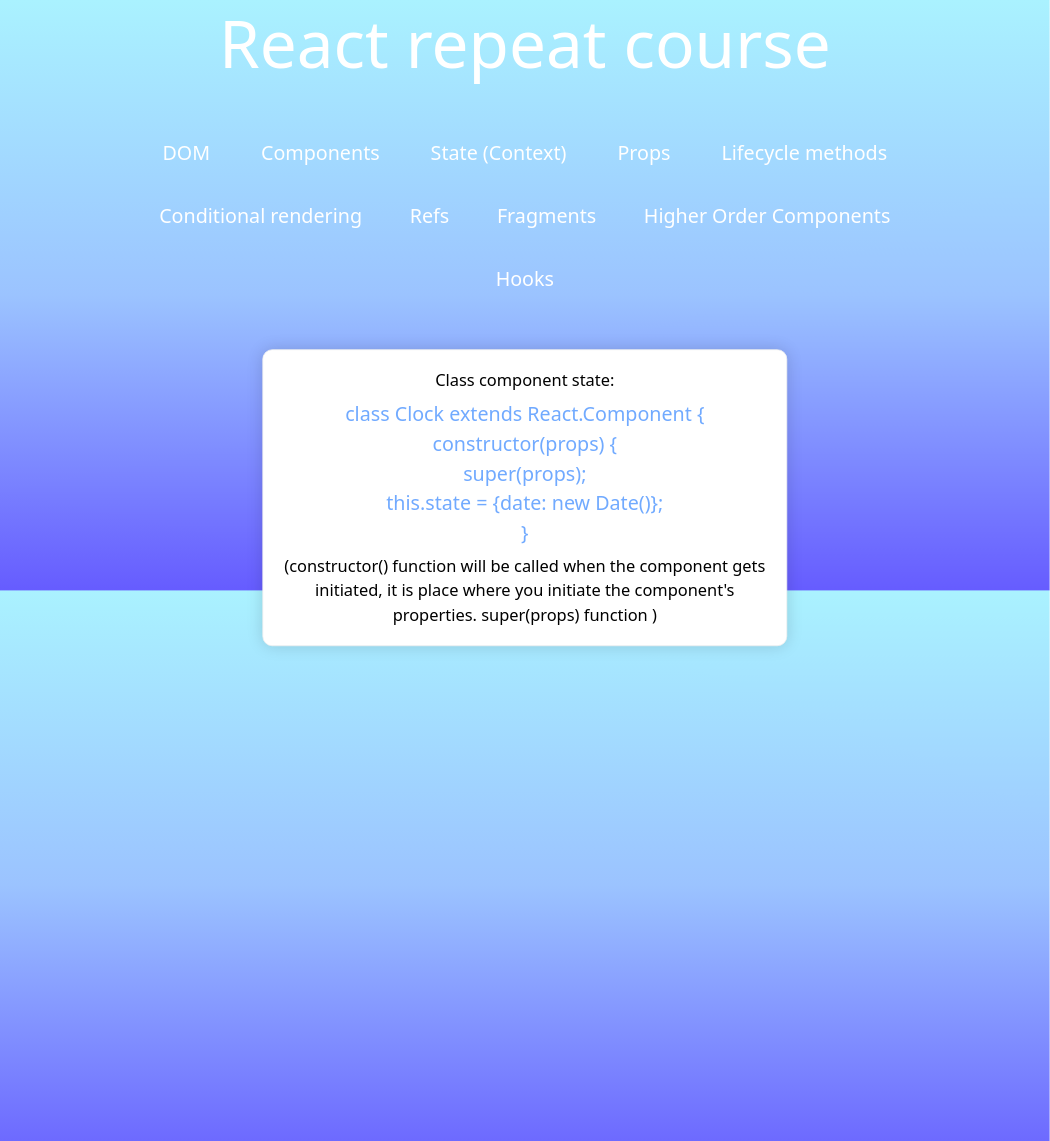
Repository: michalgornicki/github
Page: /#/State
An editor plug-in stored every save of this project. The page is shown before and after a run of saves, followed by the edit.
The browser window is 1280 px wide. The pictures show the whole page, at 82% of full size.
Backgrounds fixed to the window are drawn as part of the page. The project was rebuilt for these pictures with package versions that can differ from the ones it lists, and the page was loaded fresh each time. Also part of the build but not shown: src/components/dom.jsx, src/components/components.jsx, src/components/props.jsx, src/components/lifecycle.jsx, src/components/conditional.jsx, src/components/refs.jsx, src/components/fragments.jsx, src/components/hoc.jsx and 1 more.

Above is the page before, as saved 2022-02-07 12:46:32.

### src/App.jsx
import React from "react";
import "./App.css";
import "bootstrap/dist/css/bootstrap.min.css";
import { Route, HashRouter as Router, Routes, Link } from "react-router-dom";
import DOM from "./components/dom.jsx";
import Components from "./components/components.jsx";
import State from "./components/state.jsx";
import Props from "./components/props.jsx";
import Lifecycle from "./components/lifecycle.jsx";
import Conditional from "./components/conditional.jsx";
import Refs from "./components/refs.jsx";
import Fragments from "./components/fragments.jsx";
import HOC from "./components/hoc.jsx";
import Hooks from "./components/hooks.jsx";

const App = () => {
  return (
    <Router>
      <div className="text-center">
        <div className="display-1 mt-1 mb-5 text-white">React repeat course</div>

        <div className="h4 d-flex w-75 m-auto my-5 justify-content-evenly flex-wrap text-white">
          <Link className="link-style m-3" to="/">
            DOM
          </Link>
          <Link className="link-style m-3" to="/Components">
            Components
          </Link>
          <Link className="link-style m-3" to="/State">
            State (Context)
          </Link>
          <Link className="link-style m-3" to="/Props">
            Props
          </Link>
          <Link className="link-style m-3" to="/Lifecycle">
            Lifecycle methods
          </Link>
          <Link className="link-style m-3" to="/Conditional">
            Conditional rendering
          </Link>
          <Link className="link-style m-3" to="/Refs">
            Refs
          </Link>
          <Link className="link-style m-3" to="/Fragments">
            Fragments
          </Link>
          <Link className="link-style m-3" to="/HOC">
            Higher Order Components
          </Link>
          <Link className="link-style m-3" to="/Hooks">
            Hooks
          </Link>
        </div>

        <Routes>
          <Route path="/" element={<DOM />} />
          <Route path="/Components" element={<Components />} />
          <Route path="/State" element={<State />} />
          <Route path="/Props" element={<Props />} />
          <Route path="/Lifecycle" element={<Lifecycle />} />
          <Route path="/Conditional" element={<Conditional />} />
          <Route path="/Refs" element={<Refs />} />
          <Route path="/Fragments" element={<Fragments />} />
          <Route path="/HOC" element={<HOC />} />
          <Route path="/Hooks" element={<Hooks />} />
        </Routes>
      </div>
    </Router>
  );
};

export default App;

### src/App.css
@import url('https://fonts.googleapis.com/css2?family=Catamaran:wght@400&display=swap');

body{
    font-family: 'Catamaran', sans-serif;
    overflow-x: hidden;
    padding-bottom: 80vh;
    height: auto;
    background: linear-gradient(rgb(170, 242, 255), rgb(155, 195, 255), rgb(102, 92, 255));
    background-attachment: fixed;
}

.js-item{
    color:rgb(0, 0, 0);
    font-size: 1.25rem;
    background-color: white;
    transition: 0.2s;
    padding: 3vh;
    margin-bottom: 4vh!important;
    border: 1px solid rgb(240, 240, 240);
    width: 50%;
    margin-left: auto;
    margin-right: auto;
    box-shadow: 0px 0px 20px rgba(0, 0, 0, 0.15);
    border-radius: 0.75rem;
}

.js-item:hover{
    cursor: pointer;
    background-color: rgb(240, 240, 240);
}

.text-color{
    margin: auto;
    padding: 0.5rem;
    width: fit-content;
    color:rgb(113, 170, 255)!important;
    font-size: 1.5rem;
    border-radius: 1rem;
}

.link-style{
    color: inherit;
    text-decoration: inherit;
    padding: 0.5rem;
    border-radius: 0.5rem;
}

.link-style:hover{
    color: rgb(113, 170, 255);
    text-decoration: inherit;
}

@media only screen and (max-device-width: 600px), (max-width: 600px) {

    .js-item{
        width: 95%;
    }

}

### src/components/state.jsx
const State = () => {
  return (
    <div className="">
      <div className="js-item">
        {" "}
        <div className="">Class component state: </div>
        <div className="text-color">
          {`class Clock extends React.Component {`} <br />
          {`constructor(props) {`} <br />
          {`super(props);`}{" "} <br />
          {`this.state = {date: new Date()};`}{" "} <br />
          {`}`}{" "}
        </div>{" "}
        (constructor() function will be called when the component gets initiated, it is place where you initiate the component's properties. super(props) function )
      </div>
    </div>
  );
};

export default State;

Loaded but not shown: public/index.html (common file); src/index.js (common file); src/index.css (common file); src/reportWebVitals.js (common file)

After the next 2 saves:
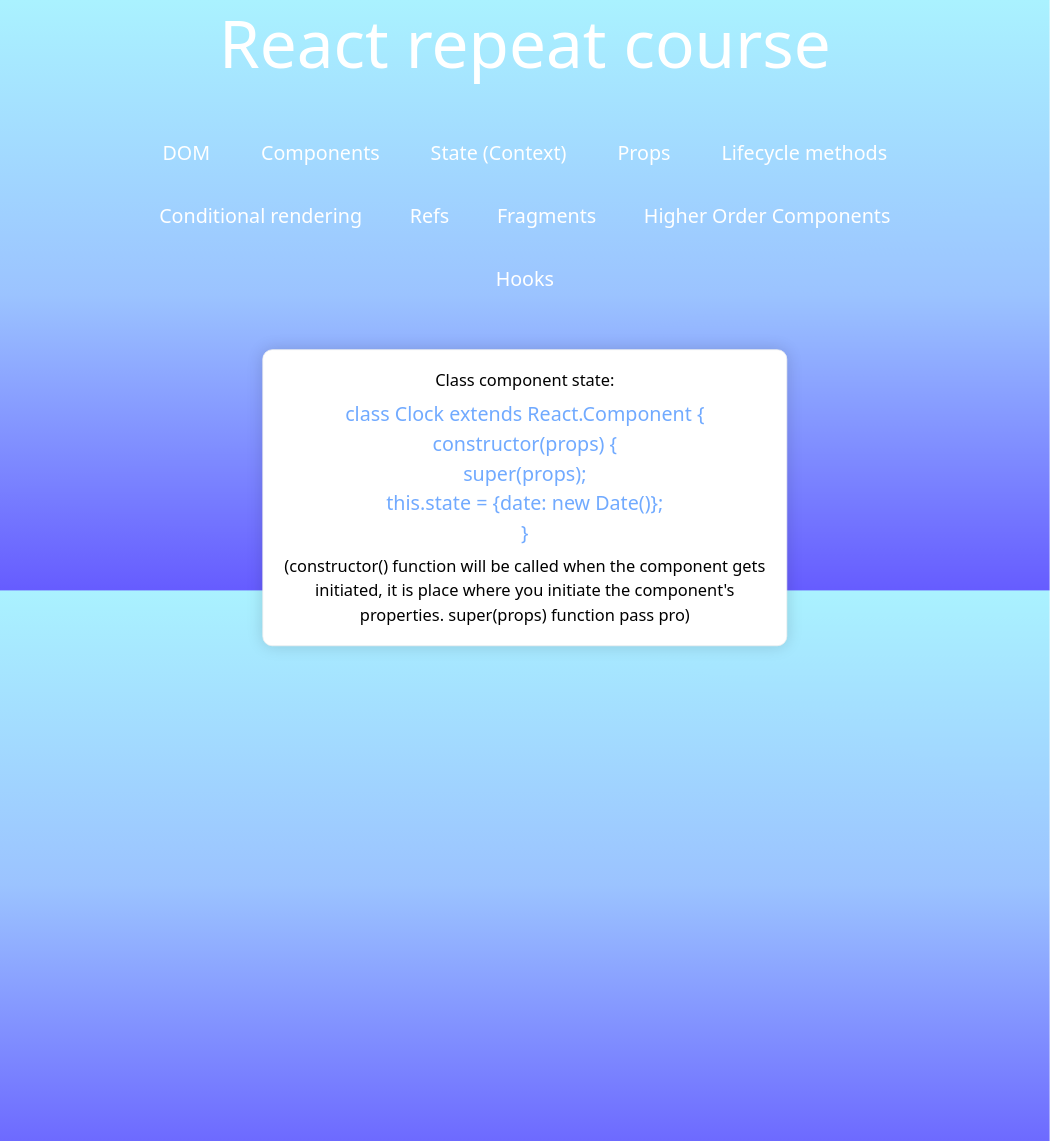
The 2 saves are shown as one change because they came seconds apart.
The last was saved 11 s later.
--- a/src/components/state.jsx
+++ b/src/components/state.jsx
@@ -11,7 +11,7 @@
           {`this.state = {date: new Date()};`}{" "} <br />
           {`}`}{" "}
         </div>{" "}
-        (constructor() function will be called when the component gets initiated, it is place where you initiate the component's properties. super(props) function )
+        (constructor() function will be called when the component gets initiated, it is place where you initiate the component's properties. super(props) function pass pro)
       </div>
     </div>
   );
